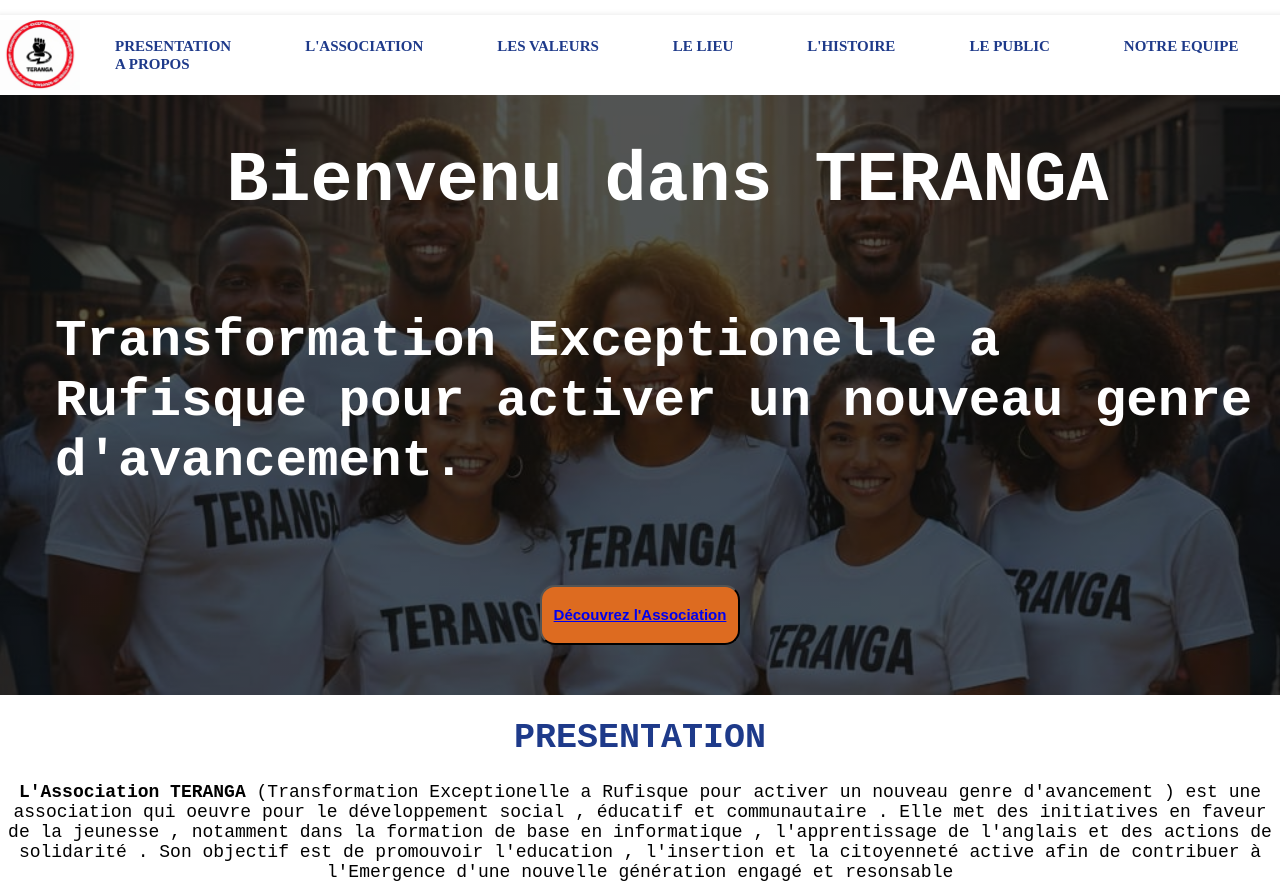
Repository: assanendao171/projet-teranga
Page: presentation.html
These files come from the project's save history. The page is drawn as it stood at one moment and after a run of saves; the edit follows.
The browser window is 1280 px wide. The pictures show the whole page.

Above is the page before, as saved 2026-02-11 13:27:45.

### presentation.html
<!DOCTYPE html>
<html lang="en">
<head>
    <meta charset="UTF-8">
    <meta name="viewport" content="width=device-width, initial-scale=1.0">
    <title>Document</title>
    <link rel="stylesheet" href="presentation.css">
</head>
<body>
<!-- l'entete -->
 <header>
        <!-- logo -->
<img src="image/logo.jpeg" alt="" class="logo">
<div class="btn-nav">

    <nav>

<a href="presentation.html" target="_blank">PRESENTATION</a>
<a href="association.html" target="_blank">L'ASSOCIATION</a>
<a href="valeur.html" target="_blank">LES VALEURS</a>
<a href="lieu.html" target="_blank">LE LIEU</a>
<a href="histoire.html" target="_blank">L'HISTOIRE</a>
<a href="public.html" target="_blank">LE PUBLIC</a>
<a href="equipe.html" target="_blank">NOTRE EQUIPE</a>
<a href="propos.html" target="_blank">A PROPOS</a>
    </nav>
</div>
 </header>
 <!-- le hero -->
  <div class="hero">
<div class="texte-accrosse">
    <h1>Bienvenu dans TERANGA</h1>
    <h2>Transformation Exceptionelle a Rufisque pour activer un nouveau genre d'avancement.</h2>
</div>
<!-- btn-hero -->
 <div class="btn">
<button class="btn-hero"><a href="association.html" target="_blank">Découvrez l'Association</a></button>
</div>
  </div>
 <!-- le corps -->
  <main>
    <h1 id="h-presentation">PRESENTATION</h1>
    <p id="p-presentation"><strong>L'Association TERANGA </strong> (Transformation Exceptionelle a Rufisque pour activer un nouveau genre d'avancement ) est une association
    qui oeuvre pour le développement social , éducatif et communautaire . Elle met  des initiatives en faveur de la jeunesse , notamment dans la formation de base en informatique ,
    l'apprentissage de l'anglais et des actions de solidarité . Son objectif  est de promouvoir l'education , l'insertion et la citoyenneté active afin de contribuer
à l'Emergence d'une nouvelle génération engagé et resonsable</p>
  </main>
  <!-- le pieds -->
   <footer></footer>
</body>
</html>

### presentation.css
body{
    margin: 15px 0 5px 0;
}
header{
width: 100%;
height: 80px;
background-color: #FFFFFF;
box-shadow: 2px 6px 6px 6px rgba(0, 0, 0, 0.1);
display: flex;
align-items: center;
justify-content: center;
}
nav a{
    margin: 35px;
    color: #1E3A8A;
    text-decoration: none;
    font-size: 15px;
    font-weight:900;
}
nav a:hover{
    text-decoration: underline;
}
.logo{
    width: 80px;
left: 10px;
}
.hero{
  width:100%;
  height:600px ;
  background-image:
    linear-gradient(rgba(0, 0, 0, 0.6), rgba(0, 0, 0, 0.6)),
    url("image/background.jpeg");
  background-size: cover;
  background-position: top;
  background-repeat: no-repeat;
}
.texte-accrosse{
display: flex;
flex-direction: column;
justify-content: center;
align-items: center;
color: rgb(255, 255, 255);
font-size: 35px;
font-family: 'Courier New', Courier, monospace;
margin-left: 55px;
}
.btn-hero{
width: 200px;
height: 60px;
border-radius: 15px;
background-color: #DD6B20;
color: #FFFFFF;
font-size: 15px;
font-weight: 600;
}
.btn{
    padding: 50px;
    display: flex;
    flex-direction: column;
    justify-content: center;
    align-items: center;
}
#h-presentation{
        color: #1E3A8A;

    text-align: center;
    font-size: 35px;
font-family: 'Courier New', Courier, monospace;
}
#p-presentation{
    text-align: center;
    font-size: 18px;
font-family: 'Courier New', Courier, monospace;
margin: 5px ;
}

After the next 2 saves:
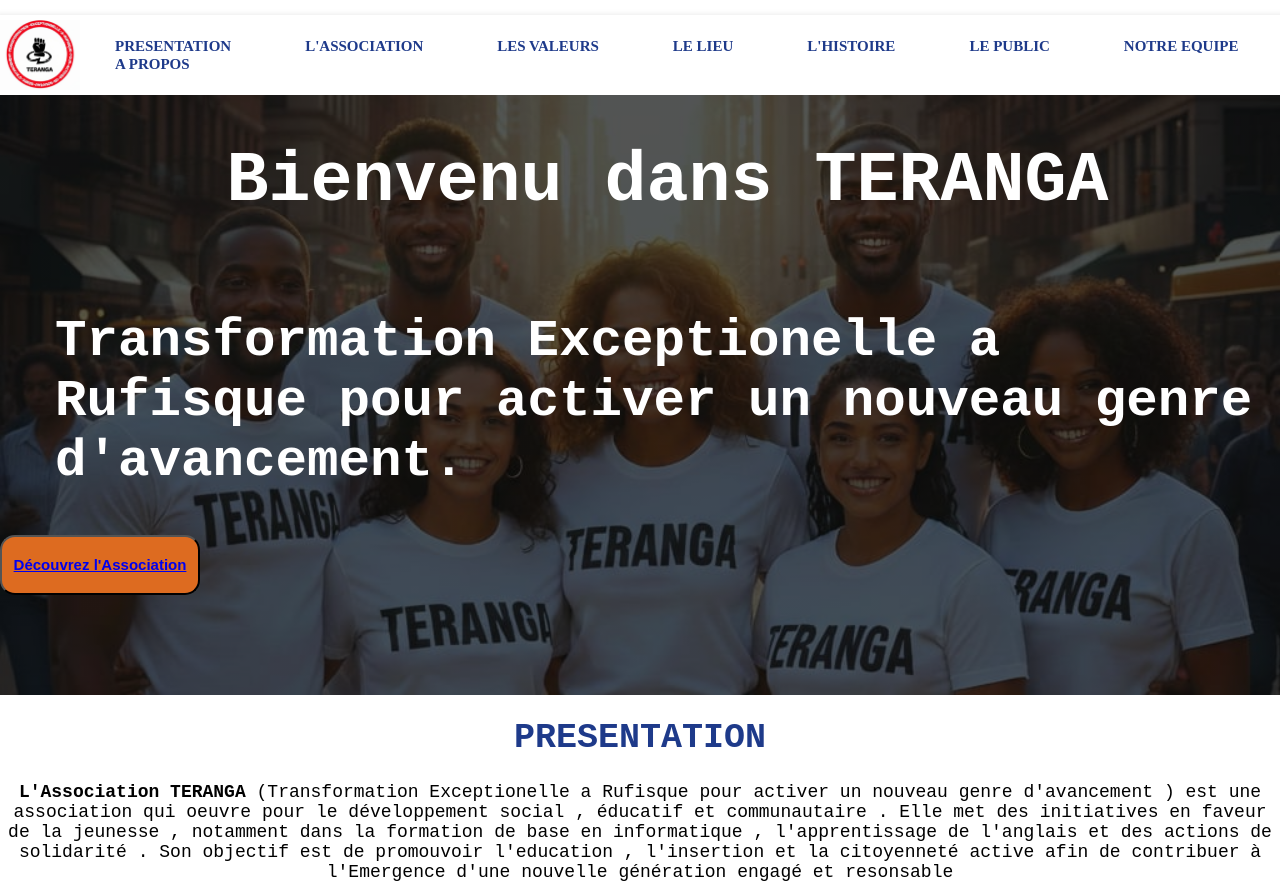
The 2 saves are shown as one change because they came seconds apart.
The last was saved 37 s later.
--- a/presentation.css
+++ b/presentation.css
@@ -53,6 +53,7 @@ color: #FFFFFF;
 font-size: 15px;
 font-weight: 600;
 }
+.b
 .btn{
     padding: 50px;
     display: flex;

After the 3 saves that followed:
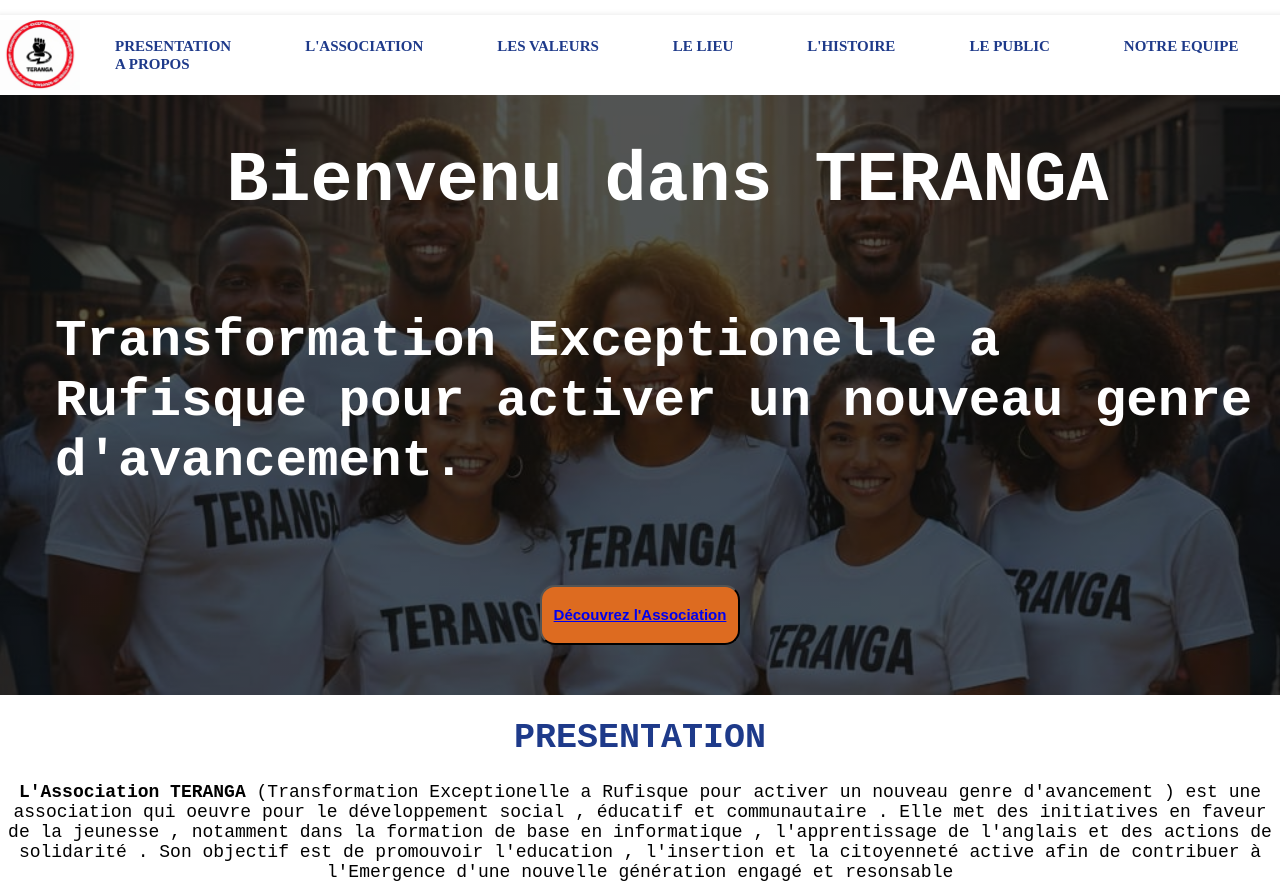
The 3 saves are shown as one change because they came seconds apart.
The last was saved 11 s later.
--- a/presentation.css
+++ b/presentation.css
@@ -53,7 +53,9 @@ color: #FFFFFF;
 font-size: 15px;
 font-weight: 600;
 }
-.b
+.btn-hero{
+    color: black;
+}
 .btn{
     padding: 50px;
     display: flex;
